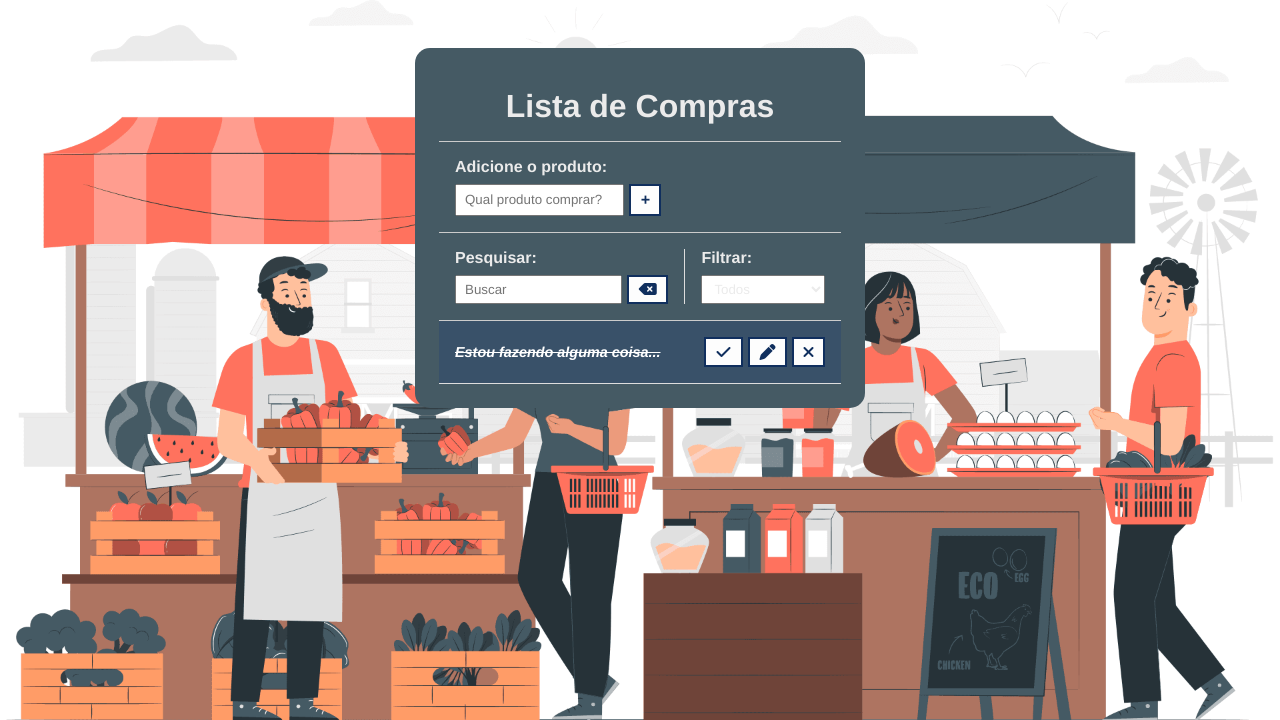
Repository: Dkrvalho/mercado
Page: index.html
These files come from the project's save history. The page is drawn as it stood at one moment and after the next save; the edit follows.
The browser window is 1280 px wide. The pictures show the whole page.

Above is the page before, as saved 2023-01-09 15:00:12.

After the next save:
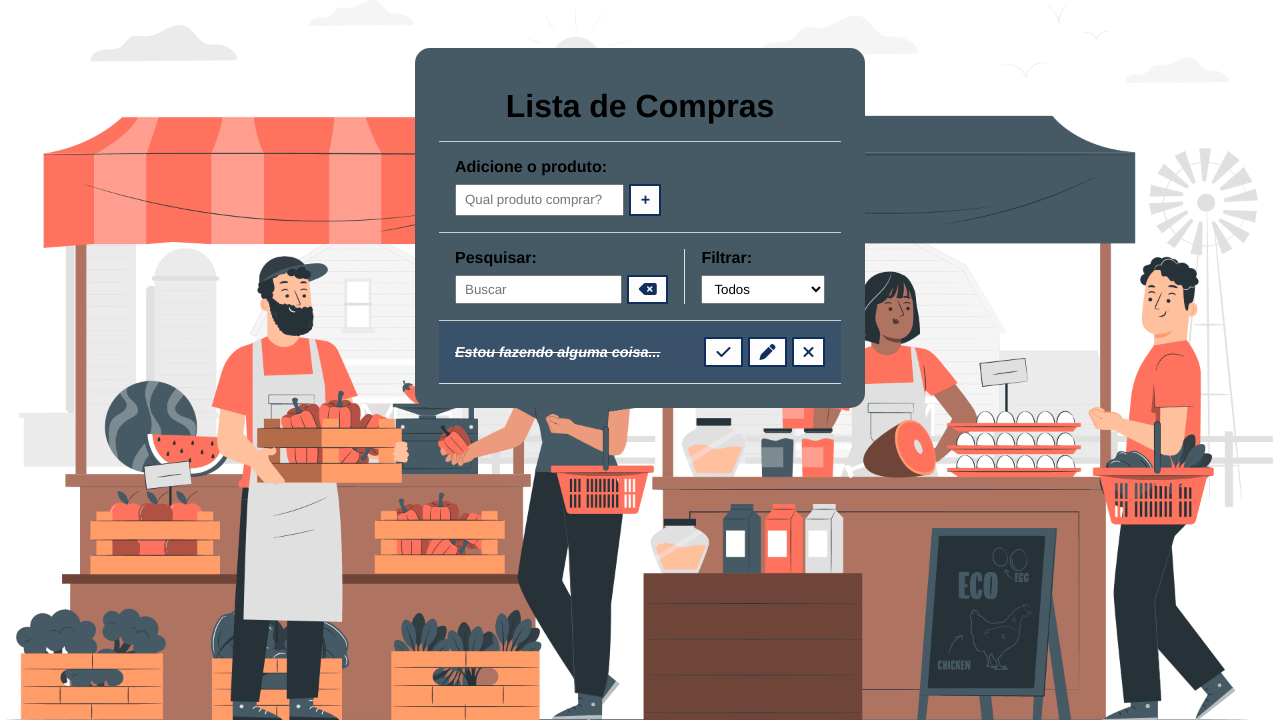
Saved 68 s later.
--- a/css/style.css
+++ b/css/style.css
@@ -3,7 +3,7 @@
     padding: 0;
     margin: 0;
     font-family: Helvetica, sans-serif, Arial;
-    color: #ebebeb;
+    color: ;
     box-sizing: border-box;
 }
 

After the save that followed:
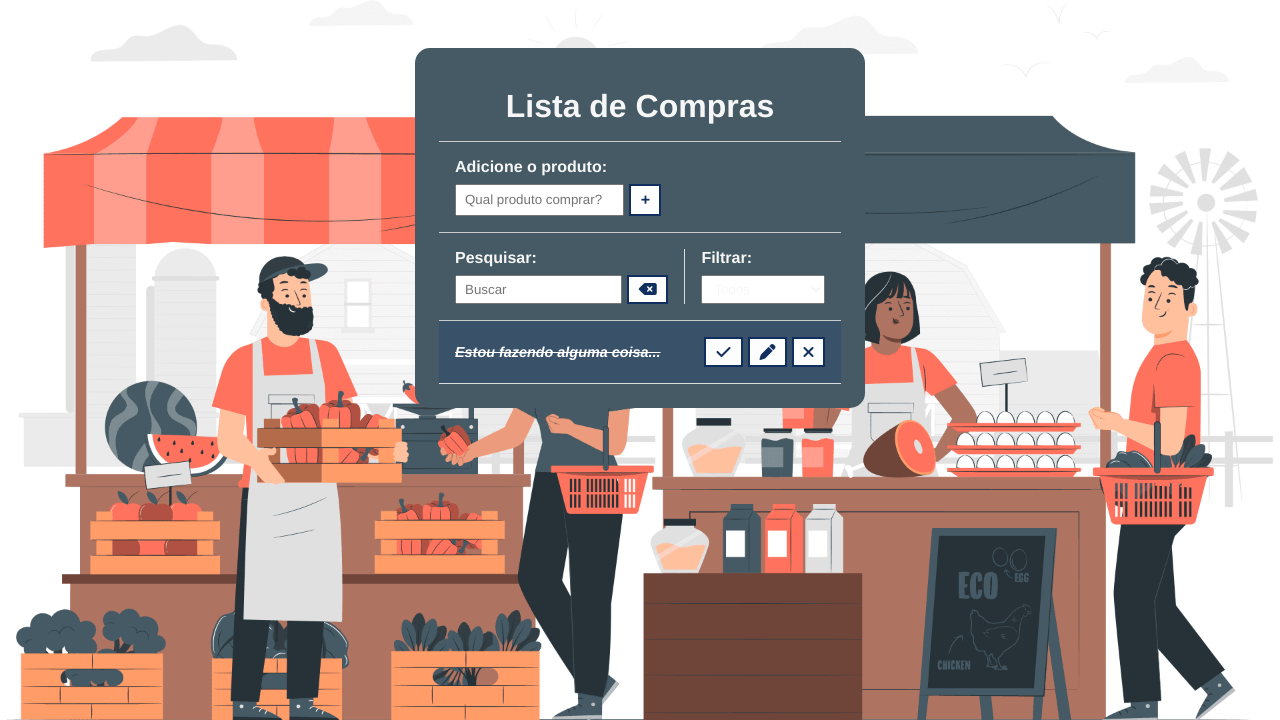
Saved 30 s later.
--- a/css/style.css
+++ b/css/style.css
@@ -3,7 +3,7 @@
     padding: 0;
     margin: 0;
     font-family: Helvetica, sans-serif, Arial;
-    color: ;
+    color: #f6f6f6;
     box-sizing: border-box;
 }
 
